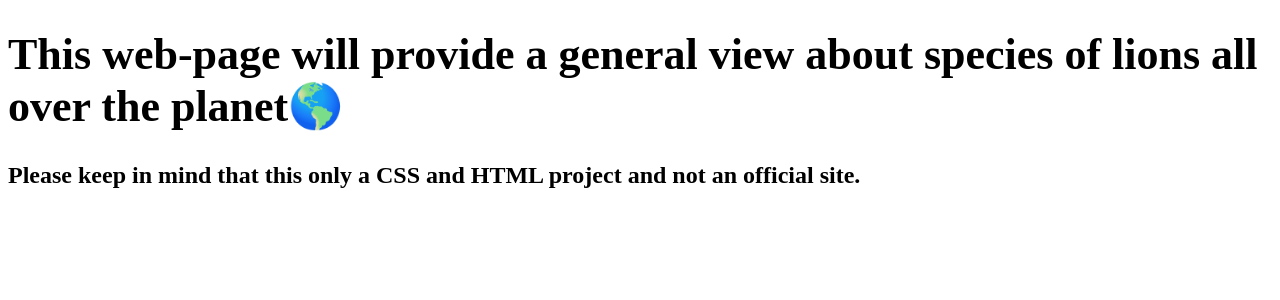
Repository: GeorgeManias/lions_project
Page: index.html
These files come from the project's save history. The page is drawn as it stood at one moment and after the next save; the edit follows.
The browser window is 1280 px wide. The pictures show the whole page.

Above is the page before, as saved 2021-11-02 20:10:40.

### index.html
<!DOCTYPE html>
<html lang="en">
  <head>
    <link rel="stylesheet" href="index.css" />
    <link
      href="https://fonts.googleapis.com/css2?family=Roboto:ital@1&display=swap"
      rel="stylesheet"
    />
    <title>King of the Jungle</title>
  </head>
  <div class="container">
    <!--This will be the container fro the main_page-->

    <body>
      <header>
        <!--This area will be for the upper body part-->
        <h1 class="main_header">
          This web-page will provide a general view about species of lions all
          over the planet🌎
        </h1>
        <h2 class="project_header">
          Please keep in mind that this only a CSS and HTML project and not an
          official site.
        </h2>
      </header>
    </body>
  </div>
</html>

### index.css
/*

--- 01 TYPOGRAPHY SYSTEM

- Font sizes (px)
10 / 12 / 14 / 16 / 18 / 20 / 24 / 30 / 36 / 44 / 52 / 62 / 74 / 86 / 98

- Font weights
Default: 400
Medium: 500
Semi-bold: 600
Bold: 700

- Line heights
Default: 1
Small: 1.05
Medium: 1.2
Paragraph default: 1.6

- Letter spacing
-0.5px
0.75px

--- 02 COLORS

- Primary: #e67e22
- Tints:
#fdf2e9
#fae5d3
#eb984e

- Shades:
#cf711f
#45260a

- Accents:
- Greys

#888
#767676 (lightest grey allowed on #fff)
#6f6f6f (lightest grey allowed on #fdf2e9)
#555
#333

--- 05 SHADOWS

0 2.4rem 4.8rem rgba(0, 0, 0, 0.075);

--- 06 BORDER-RADIUS

Default: 9px
Medium: 11px

--- 07 WHITESPACE

- Spacing system (px)
2 / 4 / 8 / 12 / 16 / 24 / 32 / 48 / 64 / 80 / 96 / 128
*/

html {
  /*εδώ βάζω το 10 με σκοπο το αλλο να έχει ευκολο πολαπλασσιο του rem*/
  font-size: 10px;
  margin-left: 0%;
  margin-right: 0%;
}

.main_header {
  font-size: 4.4rem;
  margin-left: 10%
  margin-right: 10%;

}

.project_header{
  font-size: 2.4rem;
}

After the next save:
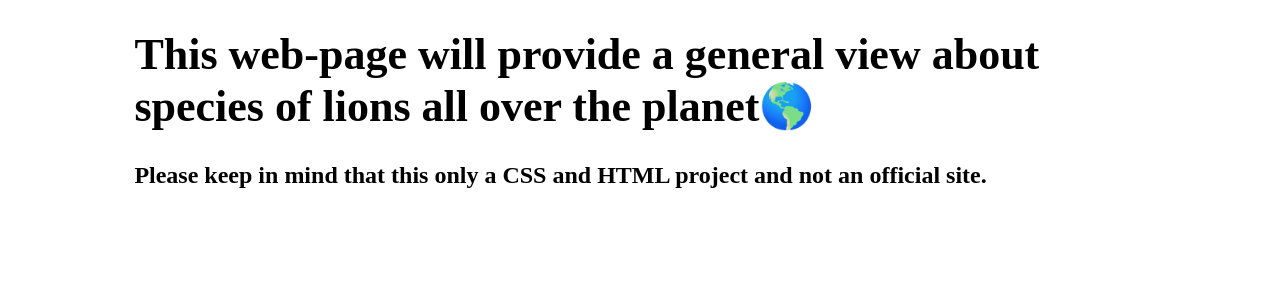
Saved 68 s later.
--- a/index.css
+++ b/index.css
@@ -64,13 +64,15 @@ html {
   margin-right: 0%;
 }
 
+header {
+  margin-left: 10%;
+  margin-right: 10%;
+}
+
 .main_header {
   font-size: 4.4rem;
-  margin-left: 10%
-  margin-right: 10%;
-
 }
 
-.project_header{
+.project_header {
   font-size: 2.4rem;
 }
